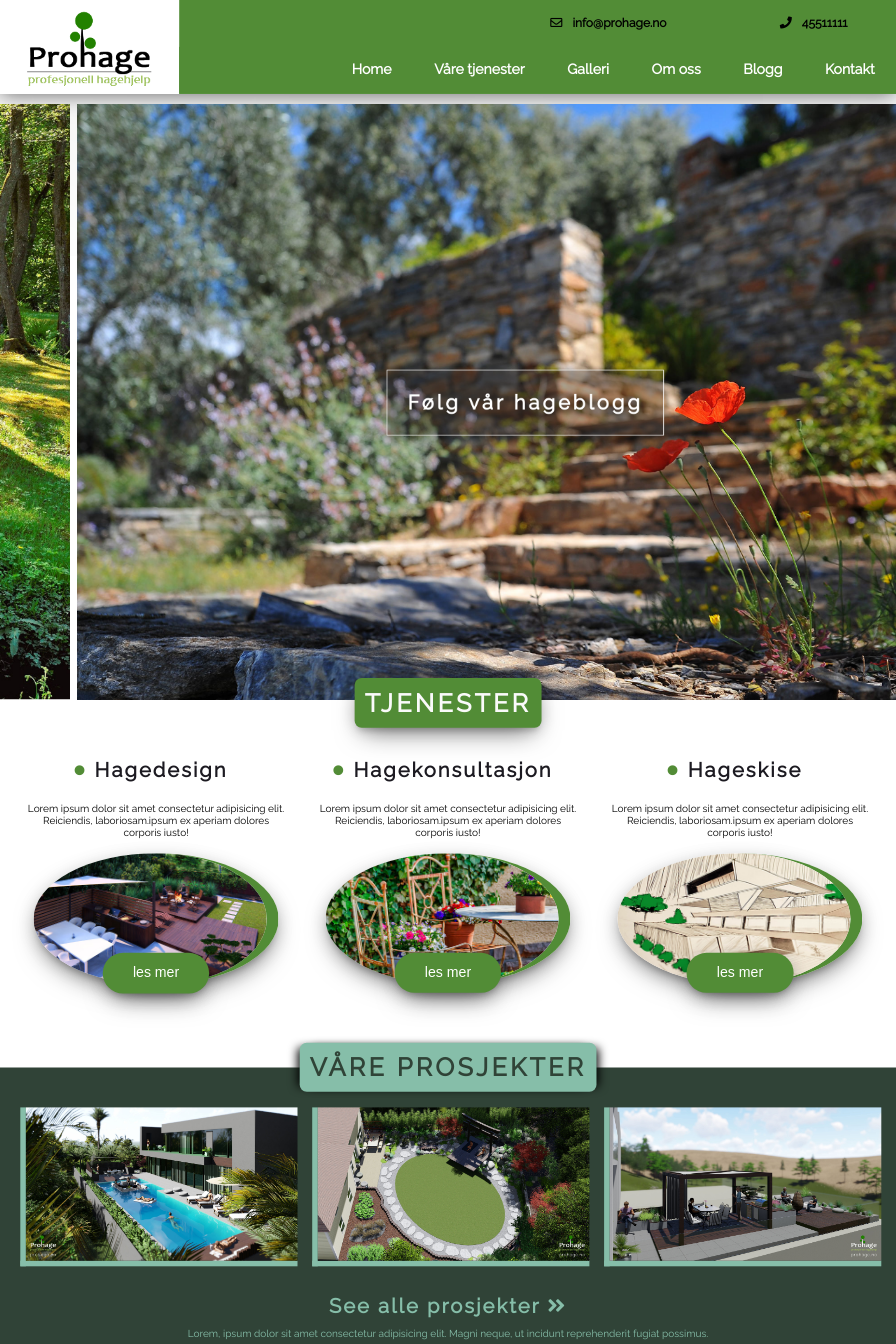
Repository: marinazzz/garden-design-website
Page: Garden design website/index.html
The author's editor kept a copy of each file at every save. The page is drawn from the files as they stood at one save, then again after the next save.
The browser window is 1280 px wide. The pictures show the part of the page from y = 0 to 1920 px (the page is 2863 px tall before and 2810 px after), at 70% of full size.

Above is the page before, as saved 2020-04-03 12:44:55.
Console error: TypeError: Cannot read properties of null (reading 'addEventListener')

### Garden design website/index.html
<!DOCTYPE html>
<html lang="nb">
<head>
    <title>Hagedesign Oslo</title>
    <link rel="stylesheet" type="text/css" href="CSS/fontawesome-free-5.12.1-web/css/all.min.css">
    <link rel="stylesheet" type="text/css" href="CSS/style.css"/>
    <link rel="stylesheet" type="text/css" href="CSS/min-width-768px.css">
    <link rel="stylesheet" type="text/css" href="CSS/min-width-992px.css">
    <link rel="stylesheet" href="https://cdnjs.cloudflare.com/ajax/libs/animate.css/3.7.2/animate.min.css">
    <link rel="stylesheet" type="text/css" href="PLUGINS/glide-master/dist/css/glide.core.min.css" />
    <link rel="stylesheet" type="text/css" href="PLUGINS/glide-master/dist/css/glide.theme.min.css" />
    <link href="https://fonts.googleapis.com/css?family=Raleway&display=swap" rel="stylesheet">
    <meta name="viewport" content="width=device-width, initial-scale=1" charset="UTF-8">
</head>
<body>
    <header class="header--white-green">
        <div class="wrapper">
        <div class="container__menu--small container__menu"> <!--grid container-->
            <div class="container__logo"> <!--1.column-->
                <img class="logo"src="images/prohage black.png" alt="Prohage logo">
            </div>
            <div class="container__items--small container__items"> <!--2.column-->
                <div class="container__item"> <!--1.row-->
                     <a href="mailto:info@prohage.no"
                         class ="container__item-txt"><i class="far fa-envelope"></i>info@prohage.no</a>
                     <a href="tlf:45511111"
                         class="container__item-txt"><i class="fas fa-phone"></i>45511111</a>
                </div>
               <div class="container__item-bottom"> <!--2.row-->
                   <button class="menu__toggle">
                       <i class="fas fa-bars"></i>
                   </button>
                   <nav id="menu">
                        <ul class="menu__list">
                            <li class="menu__item">
                                <a class="menu__link" href="home">Home</a>
                            </li>
                            <li class="menu__item">
                                <a class="menu__link" href="#services">Våre tjenester</a>
                            </li>
                            <li class="menu__item">
                                <a class="menu__link" href="#gallery">Galleri</a>
                            </li>
                            <li class="menu__item">
                                <a class="menu__link" href="#about">Om oss</a>
                            </li>
                            <li class="menu__item">
                                <a class="menu__link" href="#blog">Blogg</a>
                            </li>
                            <li class="menu__item">
                                <a class="menu__link" href="kontakt">Kontakt</a>
                            </li>
                       </ul>
                   </nav>
               </div>
            </div>
            </div>
        </div>
        <section id="main-photo">
            <div class="glide">
                <div class="glide__track"
                     data-glide-el="track">
                    <ul class="glide__slides">
                        <li class="glide__slide">
                            <img class="main-photo__item"
                                 srcset="images/daylight-environment-garden-2000.jpg 2000w,
                                         images/daylight-environment-garden-1000.jpg 1000w"
                                 sizes="(min-width: 1440px) 2000px, 100vw"
                                 src="images/daylight-environment-garden-2000.jpg" alt="Garden and plants" />
                                 <h1 class="main-photo__title">Profesjonell hagehjelp</h1>
                        </li>
                        <li class="glide__slide">
                            <img class="main-photo__item"
                                 srcset="images/main-header-photo-2000.jpg 2000w,
                                          images/main-header-photo-1000.jpg 1000w"
                                 sizes="(min-width: 1440px) 2000px, 100vw"
                                 src="images/main-header-photo-2000.jpg" alt="Garden and plants" />
                                 <h1 class="main-photo__title">Ta kontakt allerede idag</h1>
                                </li>
                        <li class="glide__slide">
                            <img class="main-photo__item"
                                 srcset="images/header-photo-2000.jpg 2000w,
                                         images/header-photo-1000.jpg 1000w"
                                 sizes="(min-width: 1440px) 2000px, 100vw"
                                 src="images/header-photo-2000.jpg" alt="Garden designed by proffesional" />
                                 <h1 class="main-photo__title">Rådgiving og tipser</h1>
                        </li>
                        <li class="glide__slide">
                            <img class="main-photo__item"
                                 srcset="images/bloom-blooming-blur-2000.jpg 2000w,
                                         images/bloom-blooming-blur-1000.jpg 1000w"
                                 sizes="(min-width: 1440px) 2000px, 100vw"
                                 src="images/bloom-blooming-blur-2000.jpg" alt="Garden designed by proffesional" />
                                 <h1 class="main-photo__title">Følg vår hageblogg</h1>
                        </li>
                    </ul>
                </div>
                <!--<div class="glide__arrows"
                         data-glide-el="controls">
                        <button class="glide__arrow glide__arrow--left"
                                data-glide-dir="<">
                            <i class="fas fa-chevron-circle-left"></i>
                        </button>
                        <button class="glide__arrow glide__arrow--right"
                                data-glide-dir=">">
                            <i class="fas fa-chevron-circle-right"></i>
                        </button>
                    </div>-->
            </div>

            <!--<img class="main-photo__item1"
                 srcset="images/architecture-clouds-daylight-2000.jpg 2000w,
                         images/architecture-clouds-daylight-1000.jpg 1000w"
                 sizes="(min-width: 1440px) 2000px, 100vw"
                 src="images/architecture-clouds-daylight-2000.jpg" alt="Garden">
            <img class="main-photo__item2"
                 srcset="images/header-photo-2000.jpg 2000w,
                         images/header-photo-1000.jpg 1000w"
                 sizes="(min-width: 1440px) 2000px, 100vw"
                 src="images/header-photo-2000.jpg" alt="Garden designed by proffesional" >
            <img class="main-photo__item3"
                 srcset="images/main-header-photo-2000.jpg 2000w,
                         images/main-header-photo-1000.jpg 1000w"
                 sizes="(min-width: 1440px) 2000px, 100vw"
                 src="images/main-header-photo-2000.jpg" alt="Garden and plants" >
            <h1 class="main-photo__title">Profesjonell hagehjelp</h1>-->
        </section>
     </header>
     <main>
         <section id="services" class="section--white-green section__container">
            <h1 class="services__title">Tjenester</h1>
            <div class="services__wrapp">
            <section class="services__item">
                <div class="item-title__wrapp">
                    <i class="fas fa-circle"></i>
                    <h2 class="services__item-title">Hagedesign</h2>
                </div>
                <p class="services__txt">Lorem ipsum dolor sit amet consectetur adipisicing elit. Reiciendis, laboriosam.ipsum ex aperiam dolores corporis iusto!</p>
                <div class="button__position">
                     <img class="services__photo" src="images/Hagedesign.jpg" alt="Hagedesigner tegner" />
                     <button class="services__toggle">les mer</button>
                </div>
            </section>
            <section class="services__item">
                <div class="item-title__wrapp">
                    <i class="fas fa-circle"></i>
                    <h2 class="services__item-title">Hagekonsultasjon</h2>
                </div>
                <p class="services__txt">Lorem ipsum dolor sit amet consectetur adipisicing elit. Reiciendis, laboriosam.ipsum ex aperiam dolores corporis iusto!</p>
                <div class="button__position">
                    <img class="services__photo" src="images/konsultasjon.jpg" alt="Hagekonsultasjon med hagedesigner"/> <!--smaller picture than other 2-->
                    <button class="services__toggle">les mer</button>
                </div>
            </section>
            <section class="services__item">
                <div class="item-title__wrapp">
                    <i class="fas fa-circle"></i>
                    <h2 class="services__item-title">Hageskise</h2>
                </div>
                <p class="services__txt">Lorem ipsum dolor sit amet consectetur adipisicing elit. Reiciendis, laboriosam.ipsum ex aperiam dolores corporis iusto!</p>
                <div class="button__position">
                    <img class="services__photo" src="images/skisse.jpg" alt="Hagedesigner hjelp"/>
                    <button class="services__toggle">les mer</button>
                </div>
            </section>
            </div>
         </section>
         <section id="gallery" class="section--dark-green section__container">
            <h1 class="gallery__title services__title">Våre prosjekter</h1>
            <div class="gallery__wrapp services__wrapp">
                <div class="gallery__items">
                    <div class="gallery__item-wrapp">
                        <img class="gallery__item"
                             srcset="images/gallery-photo1-2000.jpg 2000w,
                                     images/gallery-photo1-1000.jpg 1000w"
                             sizes="(min-width: 1440px) 2000px, 100vw"
                             src="images/gallery-photo1-2000.jpg" alt="Hagedesign terrase" />
                    </div>
                    <div class="gallery__item-wrapp gallery__item-wrapp--padding">
                        <img class="gallery__item"
                             srcset="images/gallery-photo2-2000.jpg 2000w,
                                     images/gallery-photo2-1000.jpg 1000w"
                             sizes="(min-width: 1440px) 2000px, 100vw"
                             src="images/gallery-photo2-2000.jpg" alt="Hagedesign terrase" />
                    </div>
                    <div class="gallery__item-wrapp">
                        <img class="gallery__item"
                             srcset="images/gallery-photo3-2000.jpg 2000w,
                                     images/gallery-photo3-1000.jpg 1000w"
                             sizes="(min-width: 1440px) 2000px, 100vw"
                             src="images/gallery-photo3-2000.jpg" alt="Hagedesign terrase" />
                    </div>
                </div>
                <div class="gallery__txt-wrapp">
                    <h2 class="gallery__item-title services__item-title">See alle prosjekter
                        <i class="fas fa-angle-double-right"></i>
                    </h2>
                    <p class="gallery__txt">Lorem, ipsum dolor sit amet consectetur adipisicing elit. Magni neque, ut incidunt reprehenderit fugiat possimus.</p>
                </div>
            </div>
        </section>
        <div class="reviews__bg">
            <section id="reviews">
                <h1 class="reviews__title services__title">Referanser</h1>
                <div class="glide">
                    <div class="glide__track" data-glide-el="track">
                      <ul class="glide__slides">
                        <li class="glide__slide">
                            <div class="review__items">
                                <img class="review__photo"
                                 src="images/review-picture1.jpg" alt="Hagedesign terrase" />
                                <h2 class="review__title">Beste hagehjelp</h2>
                                <blockquote>
                                    <p class="review__txt">Lorem ipsum dolor sit amet consectetur adipisicing elit.
                                       Dolorem nemo, voluptatibus ullam facere laudantium sit impedit repudiandae facilis beatae laborum.
                                       Vero dicta blanditiis quidem est.</p>
                                     <footer class="review__author">Anonymous</footer>
                                </blockquote>
                            </div>
                        </li>
                        <li class="glide__slide">
                            <div class="review__items">
                                <img class="review__photo"
                                 src="images/review-picture2.jpg" alt="Hagedesign terrase" />
                                <h2 class="review__title">Tussen takk</h2>
                                <blockquote>
                                    <p class="review__txt">Lorem ipsum dolor sit amet consectetur adipisicing elit.
                                       Dolorem nemo, voluptatibus ullam facere laudantium sit impedit repudiandae facilis beatae laborum.
                                       Vero dicta blanditiis quidem est.</p>
                                     <footer class="review__author">Anonymous</footer>
                                </blockquote>
                            </div>
                        </li>
                        <li class="glide__slide">
                            <div class="review__items">
                                <img class="review__photo"
                                 src="images/review-picture3.jpg" alt="Hagedesign terrase" />
                                <h2 class="review__title">Anbefaler</h2>
                                <blockquote>
                                    <p class="review__txt">Lorem ipsum dolor sit amet consectetur adipisicing elit.
                                       Dolorem nemo, voluptatibus ullam facere laudantium sit impedit repudiandae facilis beatae laborum.
                                       Vero dicta blanditiis quidem est.</p>
                                     <footer class="review__author">Anonymous</footer>
                                </blockquote>
                            </div>
                        </li>
                      </ul>
                    </div>
                    <div class="glide__arrows"
                             data-glide-el="controls">
                            <button class="glide__arrow glide__arrow--left"
                                    data-glide-dir="<">
                                <i class="fas fa-chevron-circle-left"></i>
                            </button>
                            <button class="glide__arrow glide__arrow--right"
                                    data-glide-dir=">">
                                <i class="fas fa-chevron-circle-right"></i>
                            </button>
                        </div>
                 </div>
            </section>
             <article id="blog-posts">

             </article>
             <section id="about oss">

            </section>
        </div>
     </main>
     <footer class="footer__main">
	     <p>designed by Marina Zujic
		     <a href="https://github.com/marinazzz">github.com/marinazzz</a>
	     </p>
     </footer>
     <script src="PLUGINS/glide-master/dist/glide.min.js"></script>
     <script src="JS/js-app.js"></script>
</body>
</html>

### Garden design website/CSS/min-width-768px.css
@media screen and (min-width: 768px) {

  html {
    font-size: 70%;
  }

   /* HEADER */


   .container__menu,
   .container__items {
    display: grid;
   }

   .container__menu {
    grid-template-columns: 2fr 80%;
    box-shadow: 0 0 2rem 0 rgba(0, 0, 0, 0.62), 0 0 30rem 0 rgba(0, 0, 0, 0.19);
  }

  .container__items {
    grid-template-rows: 1fr 1fr;
    background: var(--header-bg-color);
    width: auto;
  }

  .container__item,
  .container__item-bottom {
    display: flex;
  }

  .container__item {
    align-self: center;
    justify-content: space-around;
    /*padding-left: 23rem;*/
  }

  .container__item > a:first-of-type {
    padding-left: 10rem;
  }

  .container__item-bottom {
    align-items: center;
  }

  .menu__toggle {
    display: none;
  }

  /* NAVIGATION */

  #menu,
  .menu-opened .menu__item .menu__link {
    display: block;
  }

  #menu {
    position: static;
    padding: 0;
    top: 0;
  }

  #menu,
  .menu_list {
    height: 100%;
  }

  .menu__list {
    height: 100%;
    flex-direction: row;
    justify-content: center;
    align-items: center;
    padding-left: 5rem;
  }

  .menu__item {
    height: 100%;
    display: block;
    flex-grow: 1;
    margin: 0;
    line-height: 4.5rem;
  }

  .menu__item:hover {
    background-color:#272727;
  }

  .menu__link:active {
    color:black;
  }

  .menu__link,
  .container__item-txt {
    font-weight: bold;
  }

  /* color styles */

  :root {
    /*header*/
    --header-bg-color:#528C36;
    --link-color: #FCFDF9;
  }

  /* MAIN PHOTO */

  .main-photo__title {
    font-size: 2rem;
    letter-spacing: 0.3rem;
}


/* SECTIONS */

/*Common styles for sections*/
/*layout*/
.services__wrapp,
.gallery__items {
  flex-direction: row;
}

/*SECTION SERVICES*/

/*.services__item {
  padding-top: 3rem;
}*/

.button__position > button {
  bottom: -20%;
}

/*SECTION GALLERY*/

.gallery__title {
  width: auto;
}

.gallery__wrapp {
  padding: 0;
  flex-wrap: wrap;
  justify-content: space-around;
}

.gallery__txt-wrapp {
  display: block;
  margin: auto;
}

.gallery__item-wrapp {
  padding: 0 2rem 2rem 2rem;;
}

.gallery__item-wrapp--padding {
  padding: 0 0 2rem 0;
}

/*SECTION REVIEWS*/

#reviews .glide__arrow--right {
  right: 10rem;
}

#reviews .glide__arrow--left {
  left: 10rem;
}


}

### Garden design website/CSS/min-width-992px.css
@media screen and (min-width: 992px) {
    html {
        font-size: 90%;
    }

   /* HEADER */

    .logo {
        max-height: 9rem;
    }

    .container__items {
        width: auto;
    }

    .container__item {
        padding-left: 22rem;;
    }

    .container__item-bottom,
    .container__items {
        padding: 0;
    }

    #menu {
        padding-left: 10rem;
    }
}

@media screen and (min-width: 1440px) {

    /* HEADER */
    .container__menu {
        max-width: 1500px;
        margin: 0 auto;
    }

    .container__item {
        padding-left: 47rem;;
    }

    #menu {
        padding-left: 30rem;
    }


    /* MAIN PHOTO */

    .main-photo__title {
        font-size: 3rem;
        letter-spacing: 0.5rem;
    }
}

@media screen and (min-width: 2560px) {
    html {
        font-size: 100%;
    }

    .logo {
        max-height: 12rem;
    }

    .container__item {
        justify-self: center;
    }

    .container__item > a:first-of-type {
        padding: 0 13rem;
    }

    .container__item-bottom {
        padding: 0 40rem;
    }

    /*content on middle*/

    .container__menu {
        max-width: 2000px;
    }

    .container__item-bottom,
    .container__items {
        padding: 0;
    }

    #menu,
    .container__item {
        padding-left: 50rem;
    }

    /* SECTIONS */

    .section__container {
        max-width: 2000px;
        margin: 0 auto;
    }

    .button__position > button {
        bottom: -15%;
      }

      /*SECTION GALLERY*/

      .gallery__wrapp {
          justify-content: space-around;
      }

      .services__wrapp {
          padding: 0;
      }

}

### Garden design website/JS/js-app.js

//BUTTON
let mainNav = document.getElementById("menu");

let navBarToggle = document.querySelector(".menu__toggle");

navBarToggle.addEventListener("click", function () {

    mainNav.classList.toggle("menu-opened");
});

//GLIDE PLUGIN

new Glide('.glide', {
    type: 'carousel',
    autoplay: true,
    hoverpause: false,
    perView: 1,
    animationDuration: 10000
}).mount()


const carousels = document.querySelectorAll(".glide");
Object.values(carousels).map(carousel => {
      const slider = new Glide(carousel, {
        type: "carousel"
      });
      slider.mount();
});

let input = document.querySelector('#options-per-view-input')

let glide = new Glide('#options-per-view', {
  perView: 3
})

input.addEventListener('input', function (event) {
  glide.update({
    perView: event.target.value
  })
})

glide.mount()

Loaded but not shown: Garden design website/CSS/fontawesome-free-5.12.1-web/css/all.min.css (library); Garden design website/PLUGINS/glide-master/dist/css/glide.core.min.css (common file); Garden design website/PLUGINS/glide-master/dist/css/glide.theme.min.css (common file); Garden design website/PLUGINS/glide-master/dist/glide.min.js (library); Garden design website/CSS/style.css (481 lines, source omitted)

After the next save:
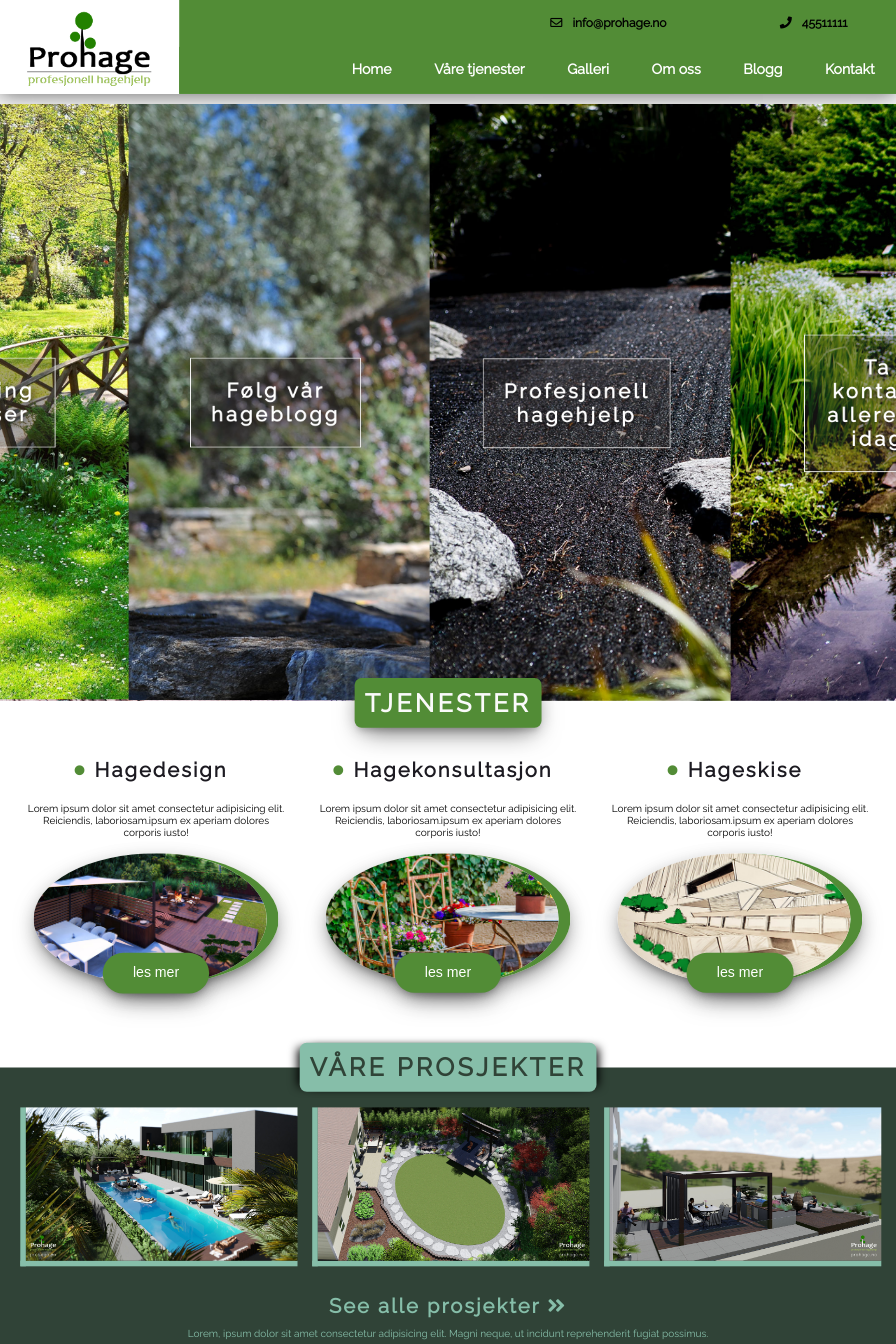
Saved 31 s later.
--- a/Garden design website/JS/js-app.js
+++ b/Garden design website/JS/js-app.js
@@ -23,7 +23,8 @@
 const carousels = document.querySelectorAll(".glide");
 Object.values(carousels).map(carousel => {
       const slider = new Glide(carousel, {
-        type: "carousel"
+        type: "carousel",
+        perView: 3
       });
       slider.mount();
 });
